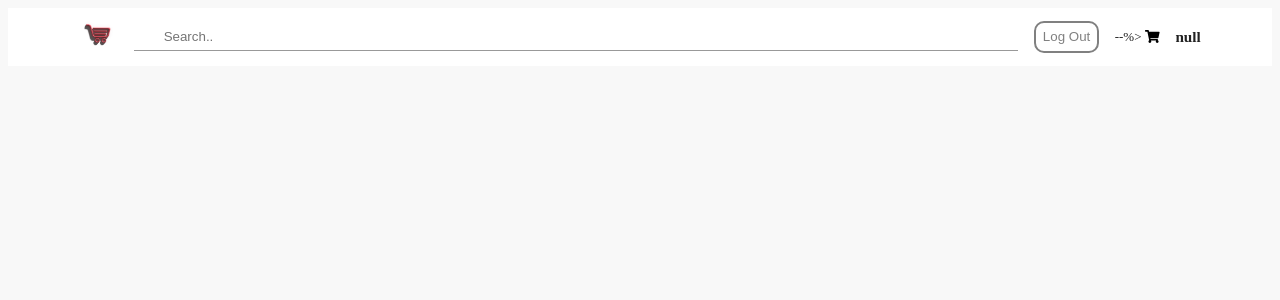
Repository: PhuongHuynh9987/Shopaholic-Ecommerce
Page: http://localhost/Shopaholic/UserServlet
The author's editor kept a copy of each file at every save. The page is drawn from the files as they stood at one save, then again after the next save.
The browser window is 1280 px wide. The pictures show the whole page.
The page is served by Tomcat 9. Queries for data that is not in the repository find no rows.

Above is the page before, as saved 2024-01-25 00:14:28.

After the next save:
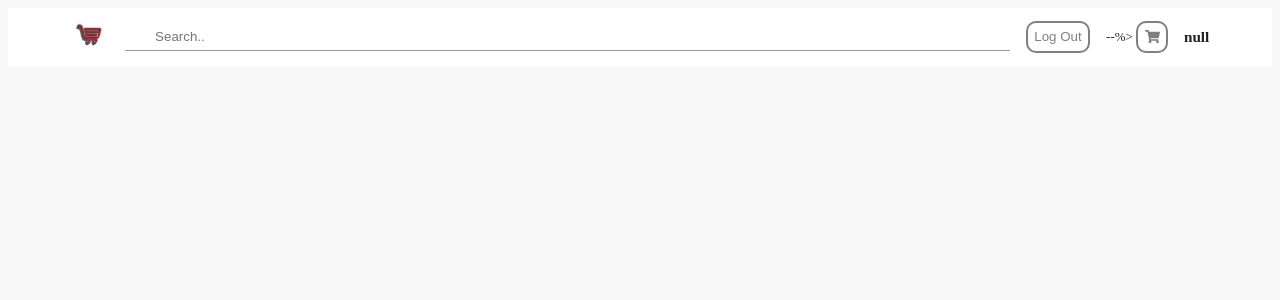
Saved 24 s later.
--- a/Shopaholic/src/main/webapp/WEB-INF/views/userhomepage.jsp
+++ b/Shopaholic/src/main/webapp/WEB-INF/views/userhomepage.jsp
@@ -39,7 +39,7 @@
 
 				%>
 					<input type="hidden" name="action" value=<%=CID%>> --%>
-					<a href = "cart.jsp" type="submit" ><i class="fas fa-shopping-cart"></i></a>
+					<button type="submit" ><i class="fas fa-shopping-cart"></i></button>
 				</form>
 			</div>
 			<h3><%=session.getAttribute("UserName")%></h3>
